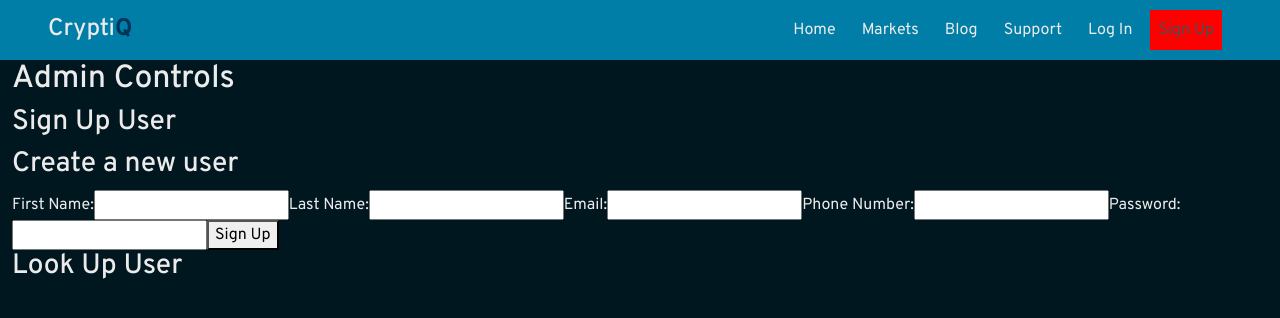
Repository: griffin1995/cryptocurrencyPlatform
Page: / (app in client/)
An editor plug-in stored every save of this project. The page is shown before and after the next save, followed by the edit.
The browser window is 1280 px wide. The pictures show the whole page.
The project was rebuilt for these pictures with package versions that can differ from the ones it lists, and the page was loaded fresh each time. Also part of the build but not shown: client/src/components/CoinDetails.js, client/src/components/UserDetails.js, client/src/pages/Blog.scss, client/src/pages/Blog.js, client/src/hooks/useSignUp.js, client/src/pages/SignUpUnstyled.js, client/src/hooks/useLogin.js, client/src/pages/SignUpLogIn.scss and 12 more.

Above is the page before, as saved 2024-04-07 15:11:05.

After the next save:
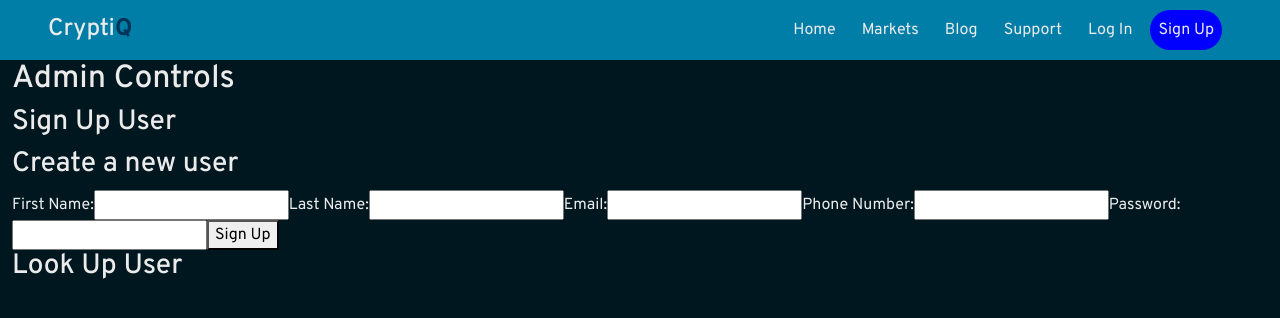
Saved 3 min 2 s later.
--- a/client/src/components/NavigationBar.scss
+++ b/client/src/components/NavigationBar.scss
@@ -13,6 +13,8 @@
 }
 
 .sign-up-btn {
-  background-color: red;
-  color: #495057;
+  background-color: blue;
+  border-radius: 25px;
+  color: #ebebeb;
+
 }
